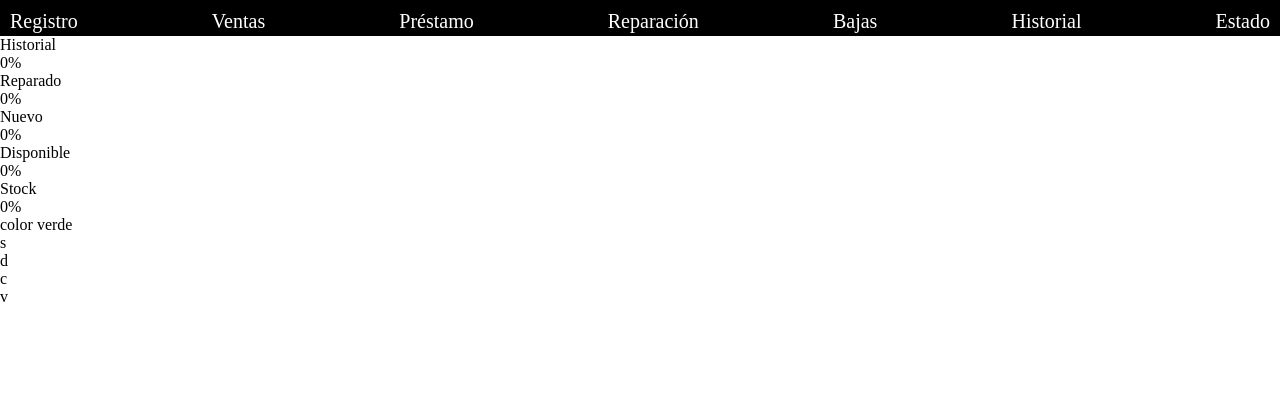
Repository: ye909/RAVPIP
Page: index.html
The author's editor kept a copy of each file at every save. The page is drawn from the files as they stood at one save, then again after the next save.
The browser window is 1280 px wide. The pictures show the whole page.

Above is the page before, as saved 2025-04-03 12:26:19.

### index.html
<!DOCTYPE html>
<html lang="es">
<head>
    <meta charset="UTF-8">
    <meta name="viewport" content="width=device-width, initial-scale=1.0">
    <title>Estado</title>
    <link rel="stylesheet" href="./src/css/heder.css">
</head>
<body>

    <!-- <div class="containerTituloLogo">
        <div><img src="./src/imagenes/logo2.webp" alt="Logo" class="imglogo"></div>
        <div><h1>RAVIP</h1></div>
        <div><img src="./src/imagenes/logo2.webp" alt="Logo" class="imglogo"></div>
    </div> -->



        <!--
       <div> </div>
        <div><img src="./src/imagenes/logo2.webp" alt="Logo" class="imglogo"></div> -->

    <nav>
        <ul>
            <li><a href="./src/templei/registroPortatil.html" target="_self" aria-label="Abrir Registro">Registro</a></li>
            <li><a href="./src/templei/ventasPortatil.html" target="_self" aria-label="Abrir Ventas">Ventas</a></li>
            <li><a href="./src/templei/prestamoPortatil.html" target="_self" aria-label="Abrir >Préstamo">Préstamo</a></li>
            <li><a href="./src/templei/reparacionPortatil.html" target="_self" aria-label="Abrir Reparación">Reparación</a></li>
            <li><a href="./src/templei/bajasPortatil.html" target="_self" aria-label="Abrir Bajas">Bajas</a></li>
            <li><a href="./src/templei/historial.html" target="_self" aria-label="Abrir Historial">Historial</a></li>
            <li><a href="" id="itemEstado"target="_self" aria-label="Abrir Estado">Estado</a></li>
        </ul>
    </nav>

    <div class="containerProgreso" id="containerProgreso">
        <div class="subcontainerProgreso"><p id="contadorProgreso1"><span class="tituloProceso">Historial</span> <br> 0%</p></div>
        <div class="subcontainerProgreso"><p id="contadorProgreso2"><span class="tituloProceso">Reparado</span> <br> 0%</p></div>
        <div class="subcontainerProgreso"><p id="contadorProgreso3"><span class="tituloProceso">Nuevo</span> <br> 0%</p></div>
        <div class="subcontainerProgreso"><p id="contadorProgreso4"><span class="tituloProceso">Disponible</span> <br> 0%</p></div>
        <div class="subcontainerProgreso"><p id="contadorProgreso5"><span class="tituloProceso">Stock</span> <br> 0%</p></div>
    </div>

    <div>
        <aside>
<div>color verde</div>
<div>s</div>
<div>d</div>
<div>c</div>
<div></div>
<div>v</div>
        </aside>
    </div>
    <script src="./src/js/heder.js"></script>
</body>
</html>

### src/css/heder.css
*{
  margin: 0;
  padding: 0;
  background-attachment: fixed;
  background-size: cover;
}
.containerTituloLogo {
  display: flex;

  justify-content: space-between;
}
.containerTituloLogo h1 {
  font-size: clamp(2rem, 6vw ,2rem );
  text-align: center;
  flex-grow: 1;

}
.containerTituloLogo img{
width: min(60px, 100%);
border-radius:10px ;
box-shadow: 2px 4px 2px 2px rgb(3, 68, 247);
}
nav{
  background:black;
  height: 5vh;

}
ul{
  display: flex;
  justify-content: space-between;
  text-align: center;
  padding: 10px;
  list-style: none;
}
li:hover{
  background:rgb(3, 151, 3);

}
 a{
  text-decoration: none;
  font-size: 20px;;
  color:white;
}
/*


header {
    background-color: #f8f9fa;
    padding: 5px;
    border-bottom: 1px solid #dddddd;
    display: flex;
    flex-direction: column;
    align-items: center;
    gap: 10px;
}


.containerTituloLogo,.containerProgreso{
    display: flex;
    justify-content: center;
    align-items: center;
    gap: 20px;
    flex-wrap: wrap;
    width: 100%;
    padding: 20px;
}
.imglogo {
    object-fit: cover;
    width: 70px;
    height: auto;
    flex-shrink: 0;
    border-radius: 6px;
}

nav ul {
    display: flex;
    justify-content: center;
    gap: 15px;
    list-style: none;
    padding: 0;
    margin: 0;
    flex-wrap: wrap;
}

nav ul li {

    padding: 5px 10px;
    cursor: pointer;
}
a{
    text-decoration: none;
}
a:hover{
    border-bottom:black 2px solid;
}
.containerProgreso{


    display: none;
}

 .containerProgreso p {
    text-align: center;
    font-size: clamp(0.7rem, 7vw ,0.7rem );
    font-weight: bolder;
}

 .subcontainerProgreso{
    width: 4%;
    height: 7vh;
    background: rgb(254, 251, 251);
    padding: 10px;
    border-radius: 80px;
 box-shadow: 1px 1px 1px 1px black;
    border-top: 2px solid #0817f5;
    border-left: 2px solid #1bf806;
} */
<<<<<<< HEAD

  /* Estilo general
  body {
    font-family: 'Arial', sans-serif;
    background-color: #f4f4f4;
    color: #333;
  }

  Estilo de la cabecera
  header {
    background-color: #333;
    color: white;
    padding: 20px 0;
    display: flex;
    justify-content: space-between;
    align-items: center;
    padding: 10px 20px;
  }

  header .logo h1 {
    font-size: 30px;
  }

  header nav ul {
    list-style: none;
    display: flex;
    gap: 20px;
  }

  header nav ul li a {
    text-decoration: none;
    color: white;
    font-weight: bold;
  }

  Estilo de la sección de tarjetas
  .product-cards {
    padding: 50px 20px;
    text-align: center;
    background-color: #fff;
  }

  .product-cards h2 {
    margin-bottom: 30px;
    font-size: 28px;
  }

  .cards-container {
    display: grid;
    grid-template-columns: repeat(auto-fill, minmax(250px, 1fr));
    gap: 20px;
    justify-items: center;
  }

  .card {
    background-color: #fff;
    border-radius: 10px;
    box-shadow: 0 2px 10px rgba(0, 0, 0, 0.1);
    overflow: hidden;
    width: 300px;
    text-align: center;
    padding: 20px;
  }

  .card img {
    width: 100%;
    height: auto;
    border-radius: 10px;
  }

  .card h3 {
    margin: 15px 0;
    font-size: 22px;
  }

  .card p {
    font-size: 16px;
    margin-bottom: 20px;
  }

  .card button {
    background-color: #333;
    color: white;
    border: none;
    padding: 10px 20px;
    font-size: 16px;
    cursor: pointer;
    border-radius: 5px;
  }

  .card button:hover {
    background-color: #555;
  }

  /* Estilo de pie de página
  footer {
    background-color: #333;
    color: white;
    padding: 20px;
    text-align: center;
  }



.card img{
  object-fit: cover;
  width: min(100px,80%);
}
footer{
    display: flex;

}
.footer-content p {
    font-size: clamp(0.5m, 1vw, 0.6rem);
  }
=======

>>>>>>> alexcasa

### src/js/heder.js




// const itemEstado=document.getElementById('itemEstado');
// const containerProgreso=document.getElementById('containerProgreso');


// itemEstado.addEventListener('click',(e)=>{
//     e.preventDefault();
//     containerProgreso.style.display='inline';
//     containerProgreso.style.display='flex';
// });


// // Si deseas agregar una funcionalidad adicional como redirigir al usuario al hacer clic en los botones, puedes usar este código.

// const buttons = document.querySelectorAll('.card button');

// buttons.forEach(button => {
//   button.addEventListener('click', () => {
//     alert('Serás redirigido a la página del producto.');
//     // Aquí puedes redirigir al usuario a la página del producto
//     // window.location.href = 'producto.html'; // Por ejemplo
//   });
// });

After the next save:
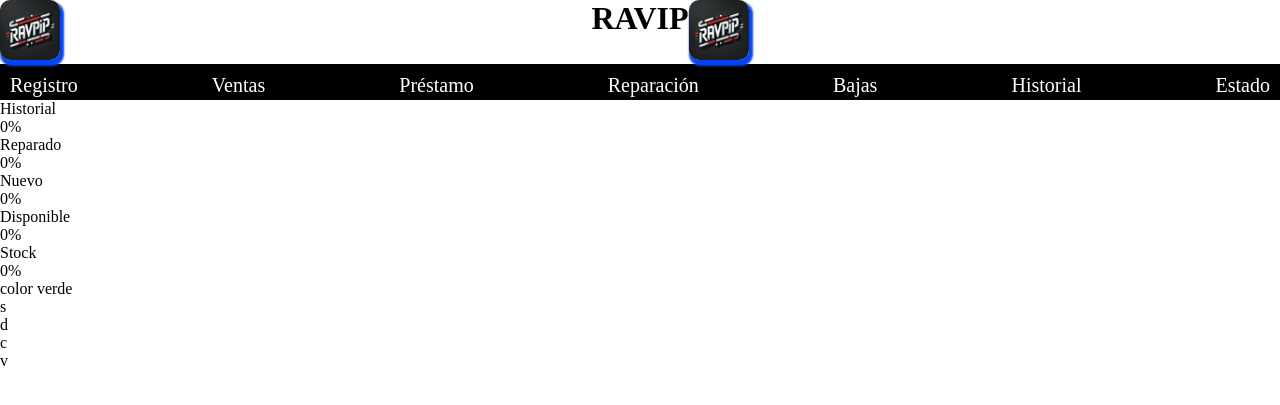
Saved 22 s later.
--- a/index.html
+++ b/index.html
@@ -8,11 +8,11 @@
 </head>
 <body>
 
-    <!-- <div class="containerTituloLogo">
+    <div class="containerTituloLogo">
         <div><img src="./src/imagenes/logo2.webp" alt="Logo" class="imglogo"></div>
         <div><h1>RAVIP</h1></div>
         <div><img src="./src/imagenes/logo2.webp" alt="Logo" class="imglogo"></div>
-    </div> -->
+    </div>
 
 
 
